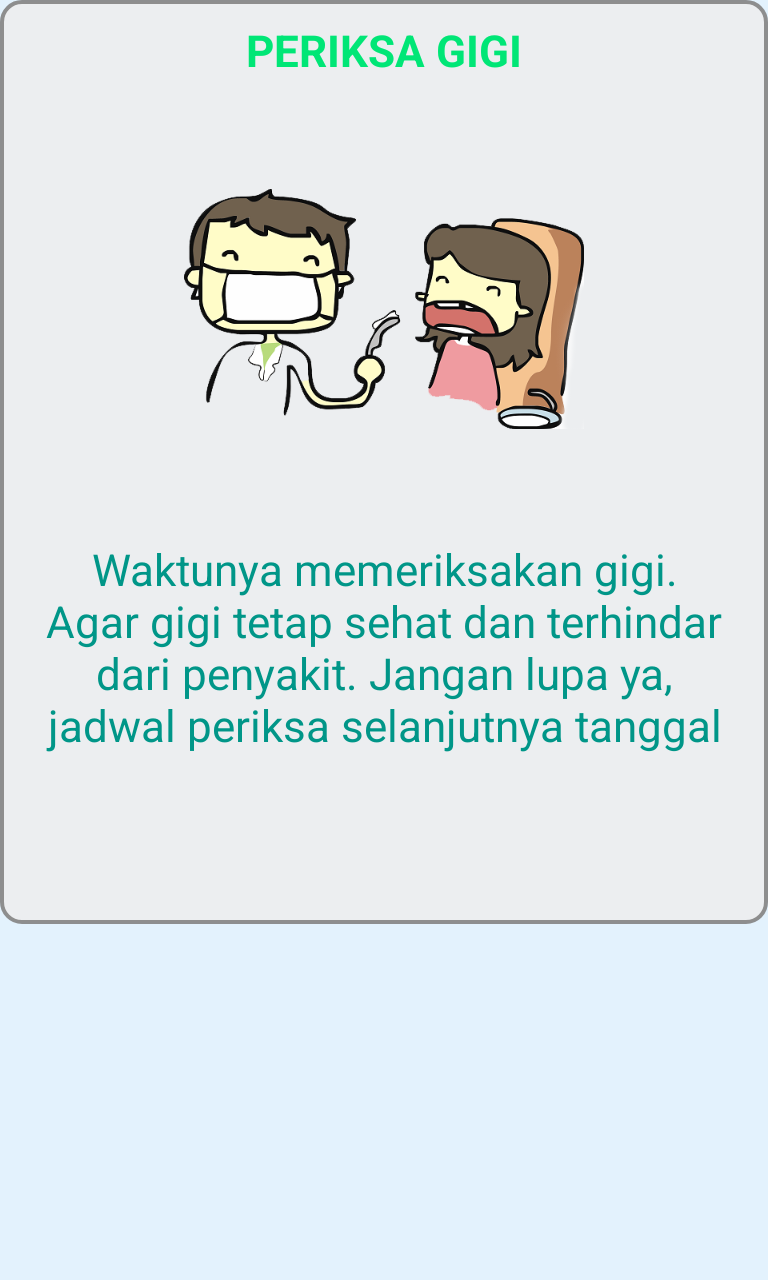
Repository: arifcebe/alarmAndroid
Layout: SenyumCeria/res/layout/notifperiksa.xml
An editor plug-in stored every save of this project. The layout is shown before and after the next save, followed by the edit.
It is drawn on a 768 x 1280 px phone screen (xhdpi) without system bars, with theme Theme.Senyum_ceria; the app's code is not run.

Above is the layout before, as saved 2015-05-21 11:21:34.

After the next save:
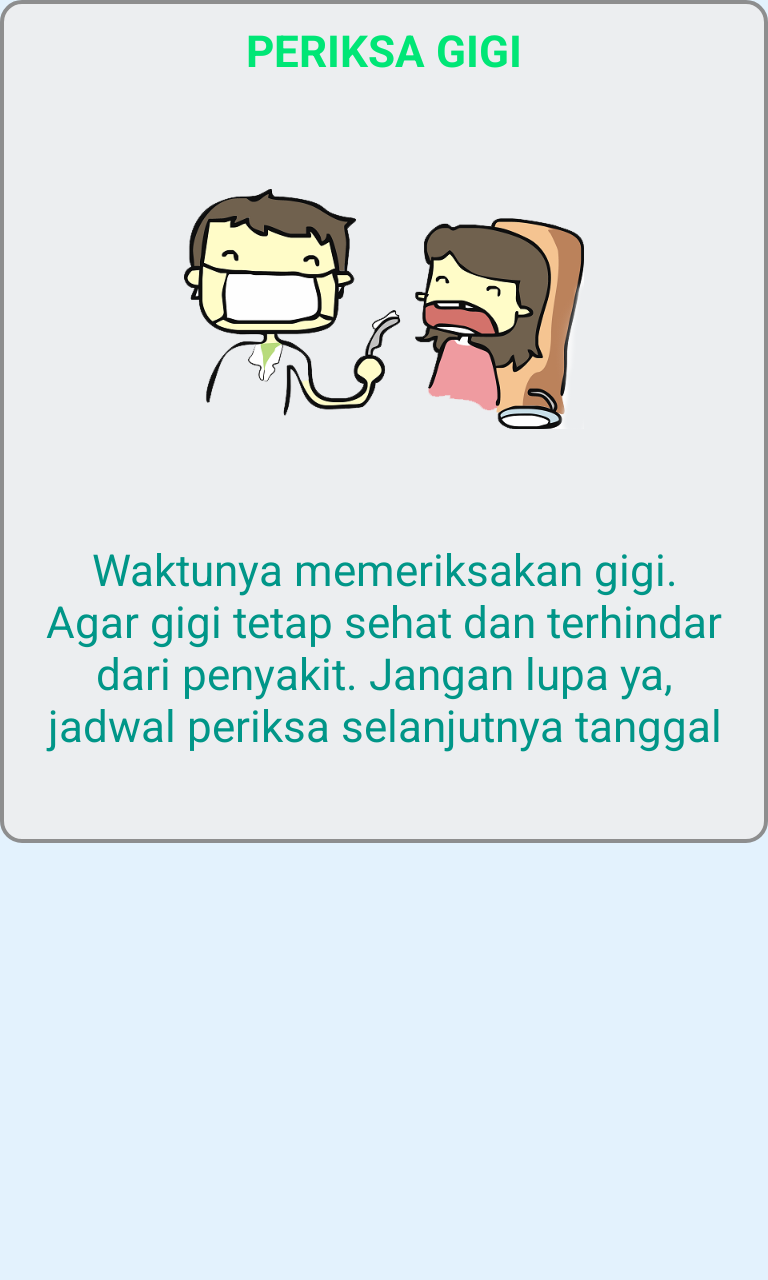
Saved 30 s later.
--- a/SenyumCeria/res/layout/notifperiksa.xml
+++ b/SenyumCeria/res/layout/notifperiksa.xml
@@ -15,7 +15,7 @@
    		<RelativeLayout
    		    android:id="@+id/Relative1"
    		    android:layout_width="match_parent"
-        	android:layout_height="462dp"
+        	android:layout_height="fill_parent"
    		    android:background="@drawable/content_background" >
 
 
